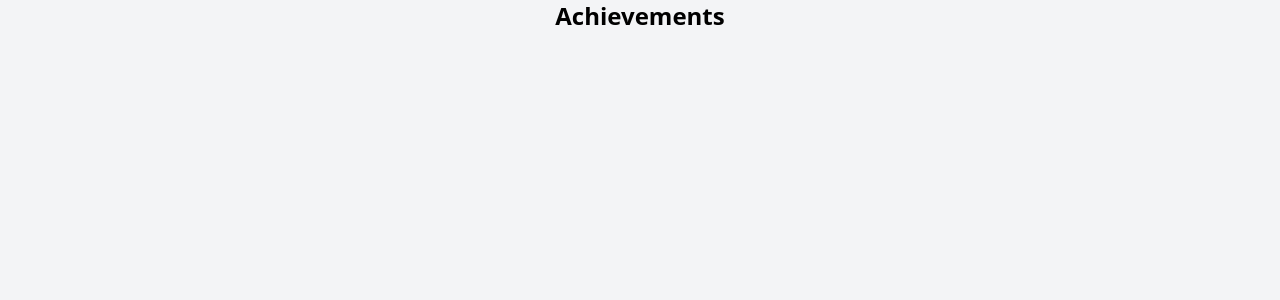
Repository: x9751/binding_of_issac_achivment_checklist
Page: /
The author's editor kept a copy of each file at every save. The page is drawn from the files as they stood at one save, then again after the next save.
The browser window is 1280 px wide. The pictures show the whole page.
The project was rebuilt for these pictures with package versions that can differ from the ones it lists, and the page was loaded fresh each time. Also part of the build but not shown: vite.config.ts.

Above is the page before, as saved 2024-07-22 22:18:29.

After the next save:
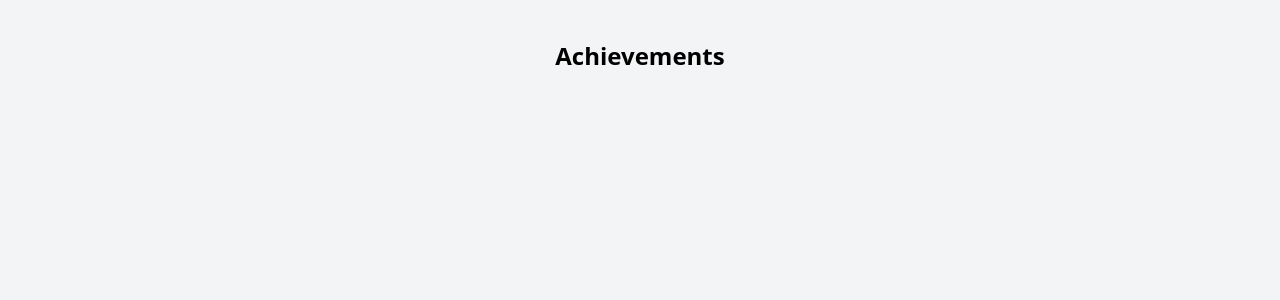
Saved 11 s later.
--- a/src/app.tsx
+++ b/src/app.tsx
@@ -6,7 +6,7 @@
   return (
     <main className="bg-gray-100 min-h-screen flex flex-col">
       <div className="container mx-auto px-4 sm:px-6 lg:px-8">
-        <div className="flex items-center justify-center">
+        <div className="flex items-center justify-center mt-10">
           <h1 className="text-2xl font-bold">Achievements</h1>
         </div>
       </div>
